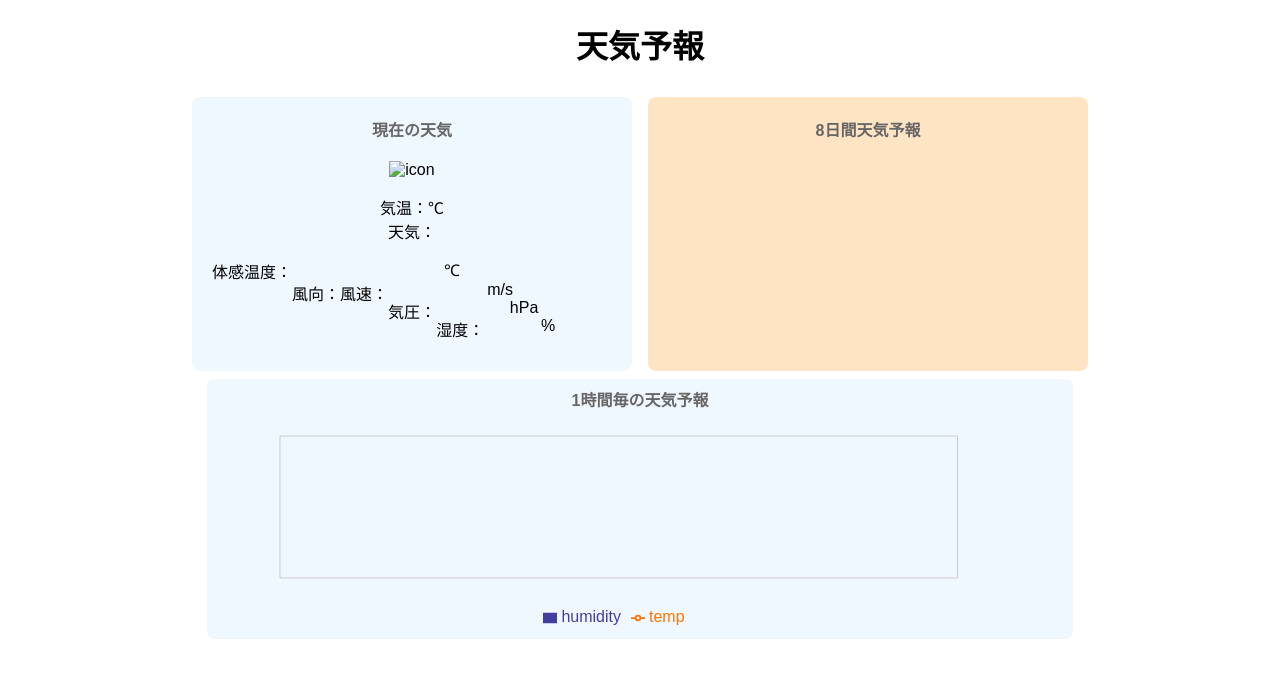
Repository: IshigureTomoki/weather-app
Page: /
An editor plug-in stored every save of this project. The page is shown before and after a run of saves, followed by the edit.
The browser window is 1280 px wide. The pictures show the whole page.
The page's requests for data from a server got no answer. The project was rebuilt for these pictures with package versions that can differ from the ones it lists, and the page was loaded fresh each time. No one was signed in, and anything a server would have sent is missing.

Above is the page before, as saved 2022-02-25 14:56:55.

After the next 2 saves:
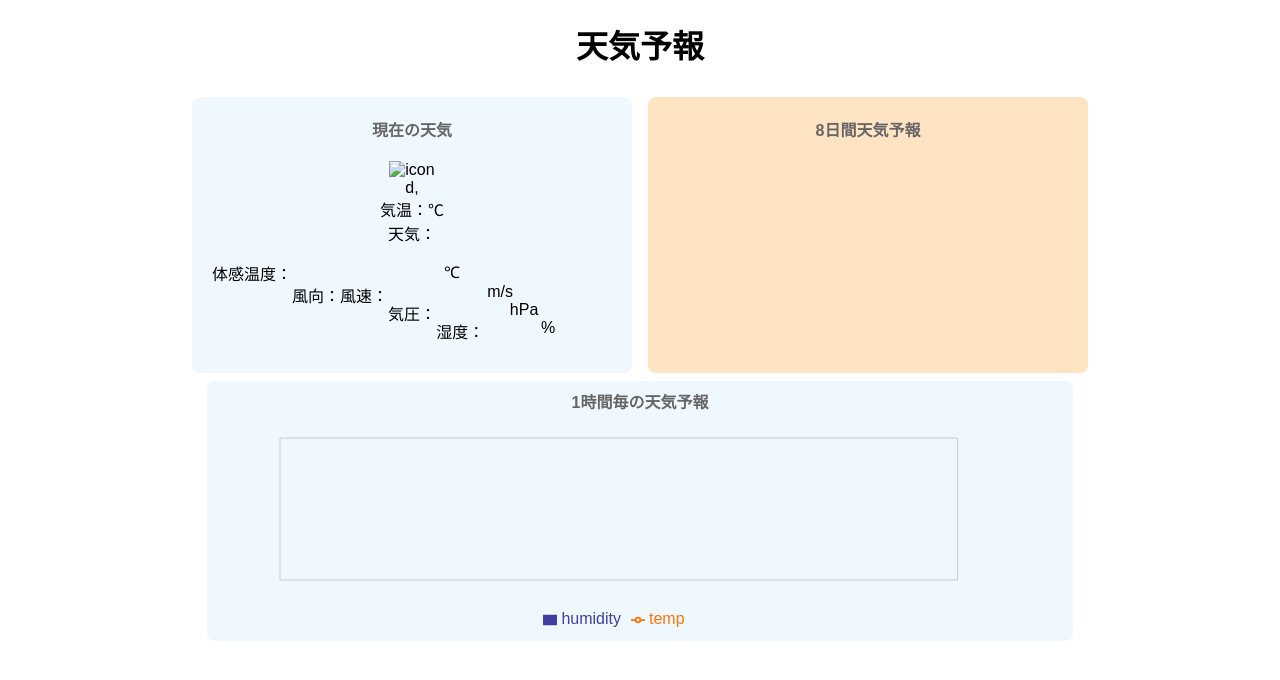
The 2 saves are shown as one change because they came seconds apart.
The last was saved 7 s later.
--- a/src/App.tsx
+++ b/src/App.tsx
@@ -159,12 +159,10 @@
               <img src={weatherReport?.weatherIcon} alt="icon"
                       width={120}/>
             </div>
-            <dl>
-
+            d,
 
             <div>気温：{weatherReport?.temp}℃</div>
             <div>天気：{weatherReport?.weatherDescription}</div>
-            </dl>
             <dl>
               <dt>体感温度</dt>
               <dd>{weatherReport?.feels_like}℃</dd>
